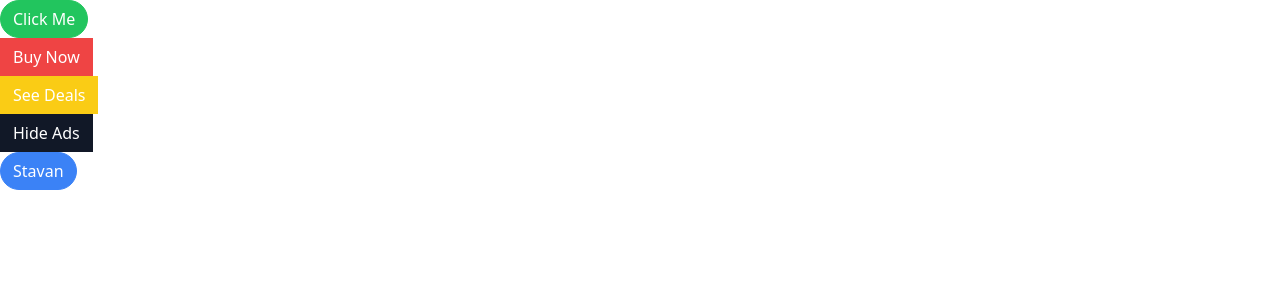
Repository: stavan30/components
Page: /
The author's editor kept a copy of each file at every save. The page is drawn from the files as they stood at one save, then again after the next save.
The browser window is 1280 px wide. The pictures show the whole page.
The project was rebuilt for these pictures with package versions that can differ from the ones it lists, and the page was loaded fresh each time.

Above is the page before, as saved 2024-03-12 23:51:56.

### src/index.js
import React from "react";
import ReactDOM from 'react-dom/client'
import './index.css'
import App from './App'

const el = document.getElementById('root')
const root = ReactDOM.createRoot(el)

root.render(<App/>)

### src/App.js
import React from 'react'
import Button from './Button'


const App = () => {
  return (
    <div>
        <div>
            <Button success rounded outline>Click Me</Button>
        </div>
        <div>
            <Button danger outline>Buy Now</Button>
        </div>
        <div>
            <Button warning>See Deals</Button>
        </div>
        <div>
            <Button secondary outline>Hide Ads</Button>
        </div>
        <div>
            <Button primary rounded>Stavan</Button>
        </div>
    </div>
  )
}

export default App

### src/Button.js
import React from 'react'
import className from 'classnames'

const Button = ({
    children,
    primary,
    secondary,
    success,
    warning,
    danger,
    outline,
    rounded
}) => {

    const classes = className('px-3 py-1.5 border', {
        'border-blue-500 bg-blue-500 text-white': primary,
        'border-gray-900 bg-gray-900 text-white': secondary,
        'border-green-500 bg-green-500 text-white': success,
        'border-yellow-400 bg-yellow-400 text-white': warning,
        'border-red-500 bg-red-500 text-white': danger,
        'rounded-full': rounded,
        'bg-black': outline,
        'text-blue-500': outline && primary,
        'text-gray-900': outline && secondary,
        'text-green-500': outline && success,
        'text-yellow-400': outline && warning,
        'text-red-500': outline && danger,
    })

  return (
    <button className={classes}>{children}</button>
  )
}

Button.propTypes = {
    checkVariationValue: ( {primary, secondary, success, warning, danger} )=>{
        const count = Number(!!primary)
            + Number(!!secondary)
            + Number(!!success)
            + Number(!!warning)
            + Number(!!danger);

            if (count > 1) {
                return new Error("Error")
            }
    }

    }


export default Button

Loaded but not shown: public/index.html (common file); src/index.css (common file); tailwind.config.js (common file)

After the next save:
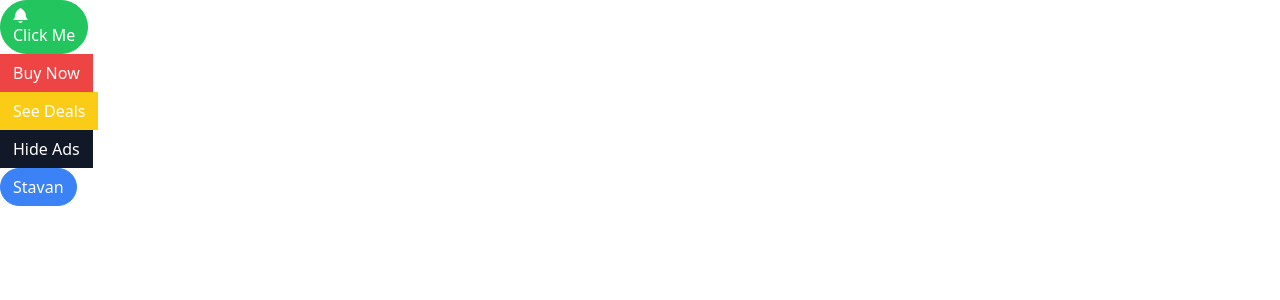
Saved 4 min 45 s later.
--- a/src/App.js
+++ b/src/App.js
@@ -1,12 +1,13 @@
 import React from 'react'
 import Button from './Button'
+import { GoBell } from "react-icons/go";
 
 
 const App = () => {
   return (
     <div>
         <div>
-            <Button success rounded outline>Click Me</Button>
+            <Button success rounded outline><GoBell/>Click Me</Button>
         </div>
         <div>
             <Button danger outline>Buy Now</Button>
